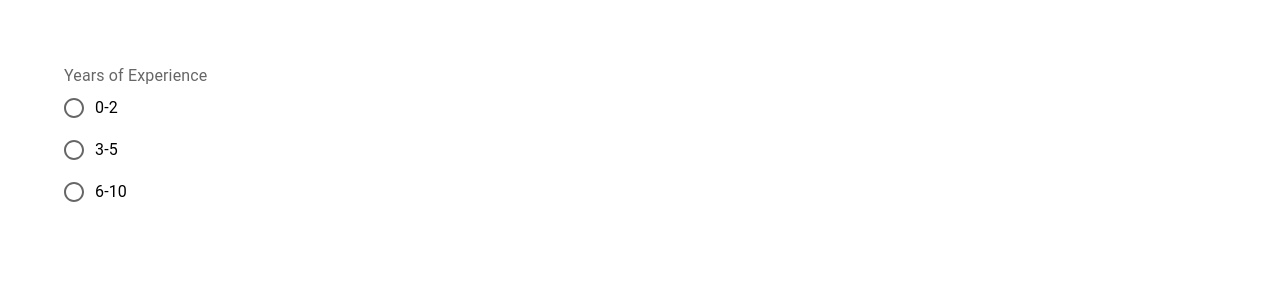
Repository: janidulnkg1/react-mui
Page: / (app in mui-demo/)
The author's editor kept a copy of each file at every save. The page is drawn from the files as they stood at one save, then again after a run of saves.
The browser window is 1280 px wide. The pictures show the whole page.
The project was rebuilt for these pictures with package versions that can differ from the ones it lists, and the page was loaded fresh each time.

Above is the page before, as saved 2023-11-09 09:37:29.

### mui-demo/public/index.html
<!DOCTYPE html>
<html lang="en">
  <head>
    <meta charset="utf-8" />
    <link rel="icon" href="%PUBLIC_URL%/favicon.ico" />
    <meta name="viewport" content="width=device-width, initial-scale=1" />
    <meta name="theme-color" content="#000000" />
    <meta
      name="description"
      content="Web site created using create-react-app"
    />
    <link rel="apple-touch-icon" href="%PUBLIC_URL%/logo192.png" />
    <!--
      manifest.json provides metadata used when your web app is installed on a
      user's mobile device or desktop. See https://developers.google.com/web/fundamentals/web-app-manifest/
    -->
    <link rel="manifest" href="%PUBLIC_URL%/manifest.json" />
    <!--
      Notice the use of %PUBLIC_URL% in the tags above.
      It will be replaced with the URL of the `public` folder during the build.
      Only files inside the `public` folder can be referenced from the HTML.

      Unlike "/favicon.ico" or "favicon.ico", "%PUBLIC_URL%/favicon.ico" will
      work correctly both with client-side routing and a non-root public URL.
      Learn how to configure a non-root public URL by running `npm run build`.
    -->
    <title>react-mui-ts-demo</title>
  </head>
  <body>
    <noscript>You need to enable JavaScript to run this app.</noscript>
    <div id="root"></div>
    <!--
      This HTML file is a template.
      If you open it directly in the browser, you will see an empty page.

      You can add webfonts, meta tags, or analytics to this file.
      The build step will place the bundled scripts into the <body> tag.

      To begin the development, run `npm start` or `yarn start`.
      To create a production bundle, use `npm run build` or `yarn build`.
    -->
  </body>
</html>

### mui-demo/src/App.tsx
import './App.css';
//import { MuiTypography } from './components/MuiTypography';
//import { MuiButton } from './components/MuiButton';
//import {MuiTextField } from './components/MuiTextField'
//import {MuiSelect } from './components/MuiSelect'
import { MuiRadioButton } from './components/MuiRadioButton';

function App() {
  return (
    <div className="App">

      {/*MuiTypography */}
      {/*MuiButton */}
      {/*MuiTextField */}
      {/*MuiSelect */}
      <MuiRadioButton />
    </div>
  );
}

export default App;

### mui-demo/src/components/MuiRadioButton.tsx
import React, { ReactPropTypes, useState } from 'react'
import { Box, FormControl, FormLabel, FormControlLabel, RadioGroup, Radio } from '@mui/material'

export const MuiRadioButton = () => {
    const [value, setValue] = useState('')
    console.log(value)

    const handleChange = (event: React.ChangeEvent<HTMLInputElement>) => {
        setValue(event.target.value)
    }
  return (
    <Box>
        <FormControl>
            <FormLabel id='job-experience-group-label'>
                Years of Experience
            </FormLabel>
            <RadioGroup
                name='job-experience-group'
                aria-labelledby='job-experience-group-label'
                value={value}
                onChange={handleChange}
                >
                <FormControlLabel control={<Radio />} label='0-2' value='0-2'/>
                <FormControlLabel control={<Radio />} label='3-5' value='3-5'/>
                <FormControlLabel control={<Radio />} label='6-10' value='6-10'/>
            </RadioGroup>
        </FormControl>
    </Box>
  )
}

Loaded but not shown: mui-demo/src/index.tsx (common file); mui-demo/src/index.css (common file); mui-demo/src/reportWebVitals.ts (common file); mui-demo/src/App.css (common file)

After the next 3 saves:
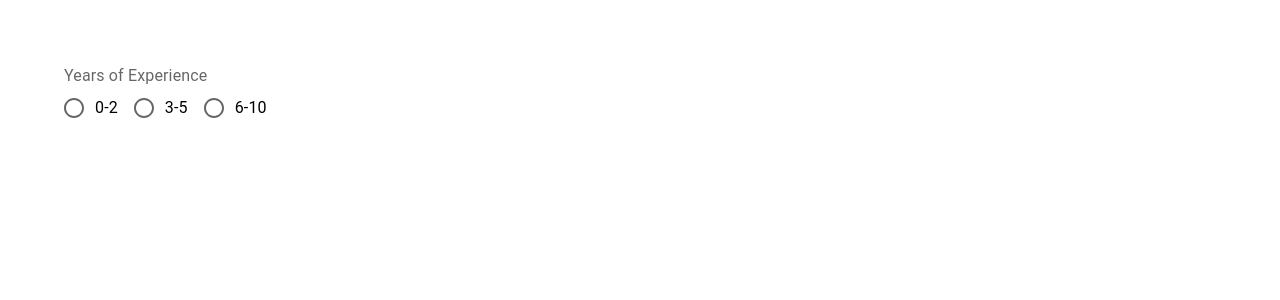
The 3 saves are shown as one change because they came seconds apart.
The last was saved 19 s later.
--- a/mui-demo/src/components/MuiRadioButton.tsx
+++ b/mui-demo/src/components/MuiRadioButton.tsx
@@ -19,6 +19,7 @@
                 aria-labelledby='job-experience-group-label'
                 value={value}
                 onChange={handleChange}
+                row
                 >
                 <FormControlLabel control={<Radio />} label='0-2' value='0-2'/>
                 <FormControlLabel control={<Radio />} label='3-5' value='3-5'/>

After the 2 saves that followed:
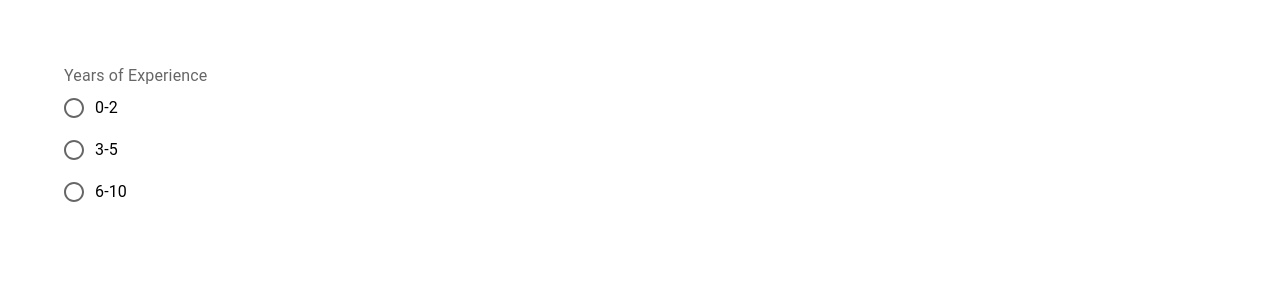
The 2 saves are shown as one change because 1 did not build or start.
The last was saved 21 s later.
--- a/mui-demo/src/components/MuiRadioButton.tsx
+++ b/mui-demo/src/components/MuiRadioButton.tsx
@@ -19,7 +19,7 @@
                 aria-labelledby='job-experience-group-label'
                 value={value}
                 onChange={handleChange}
-                row
+
                 >
                 <FormControlLabel control={<Radio />} label='0-2' value='0-2'/>
                 <FormControlLabel control={<Radio />} label='3-5' value='3-5'/>
